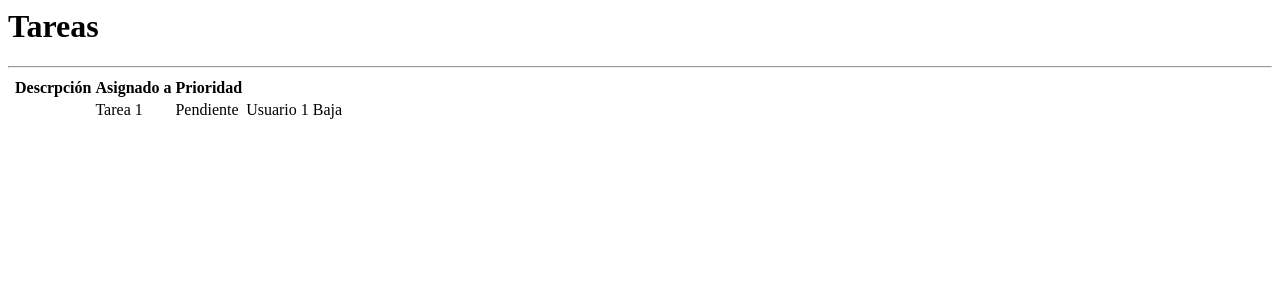
Repository: jhonatan810/waAdministradirdeTareas
Page: AdministradordeTareas/WebContent/paginas/tareas.html
The author's editor kept a copy of each file at every save. The page is drawn from the files as they stood at one save, then again after the next save.
The browser window is 1280 px wide. The pictures show the whole page.

Above is the page before, as saved 2016-10-31 16:40:23.

After the next save:
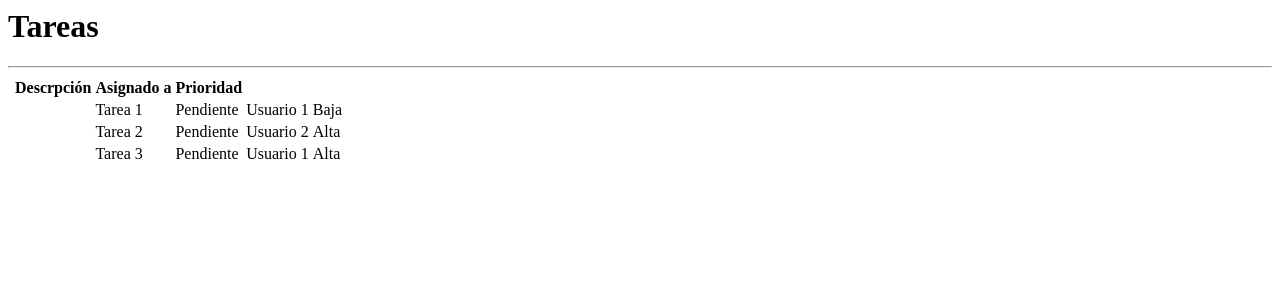
Saved 73 s later.
--- a/AdministradordeTareas/WebContent/paginas/tareas.html
+++ b/AdministradordeTareas/WebContent/paginas/tareas.html
@@ -30,6 +30,32 @@
 				<td>Baja</td>
 				<td></td>
 			</tr>
+			<tr>
+				<td href="#" class="btn btn-default">
+					<pan class="glyphicon glyphicon-pencil"></pan>
+				</td>
+				<td href="#" class="btn btn-default">
+					<pan class="glyphicon glyphicon-remove"></pan>
+				</td>
+				<td>Tarea 2</td>
+				<td>Pendiente</td>
+				<td>Usuario 2</td>
+				<td>Alta</td>
+				<td></td>
+			</tr>
+			<tr>
+				<td href="#" class="btn btn-default">
+					<pan class="glyphicon glyphicon-pencil"></pan>
+				</td>
+				<td href="#" class="btn btn-default">
+					<pan class="glyphicon glyphicon-remove"></pan>
+				</td>
+				<td>Tarea 3</td>
+				<td>Pendiente</td>
+				<td>Usuario 1</td>
+				<td>Alta</td>
+				<td></td>
+			</tr>
 		</tbody>
 	</table>
 </div>
